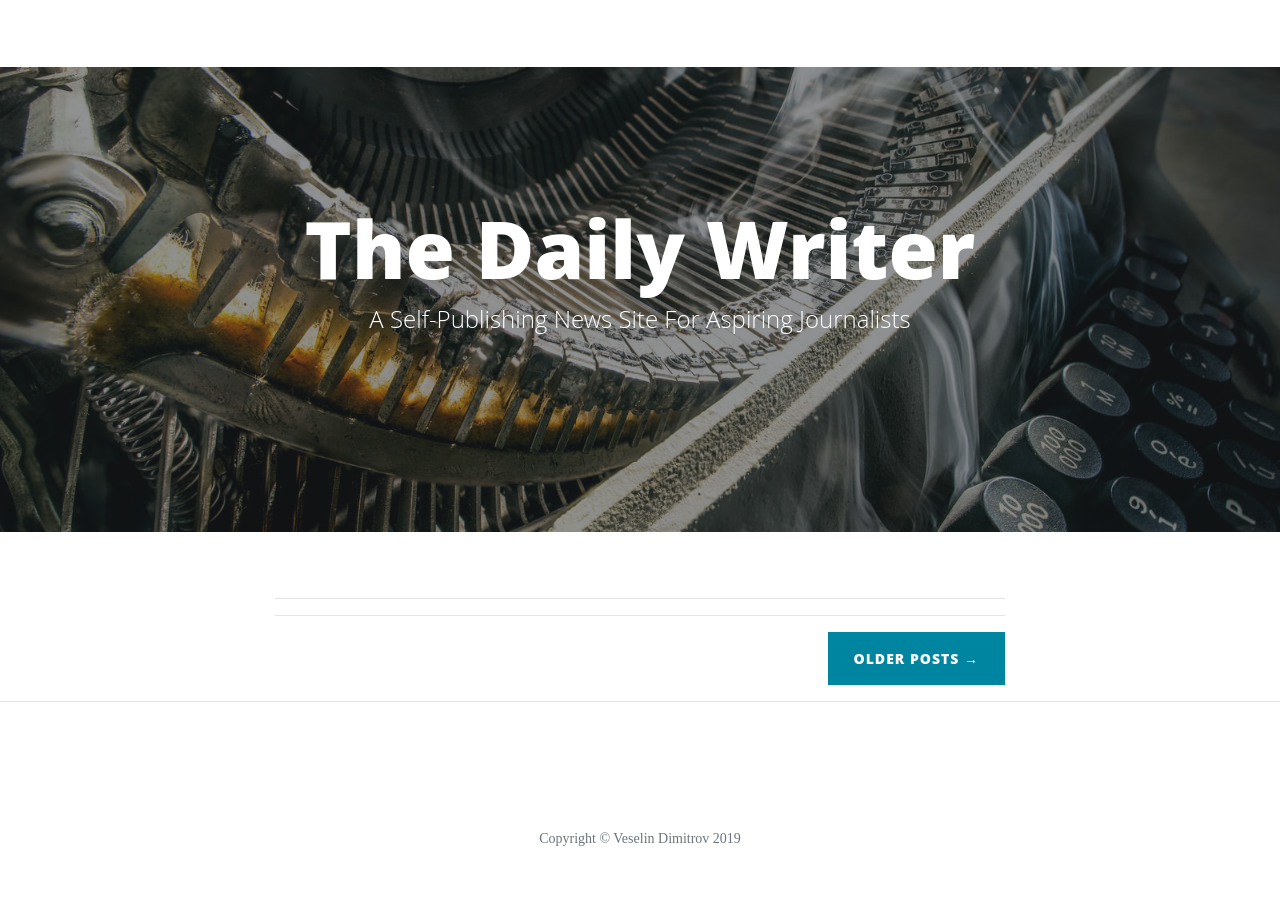
Repository: Vesss/Blog-Project
Page: http://localhost/
The author's editor kept a record of every edit. The page is drawn from the files as they stood at one moment, then again after the next edit.
The browser window is 1280 px wide. The pictures show the whole page.
The page is served by the project's application, run on Flask 3 (app.py).

Above is the page before.

After the next edit:
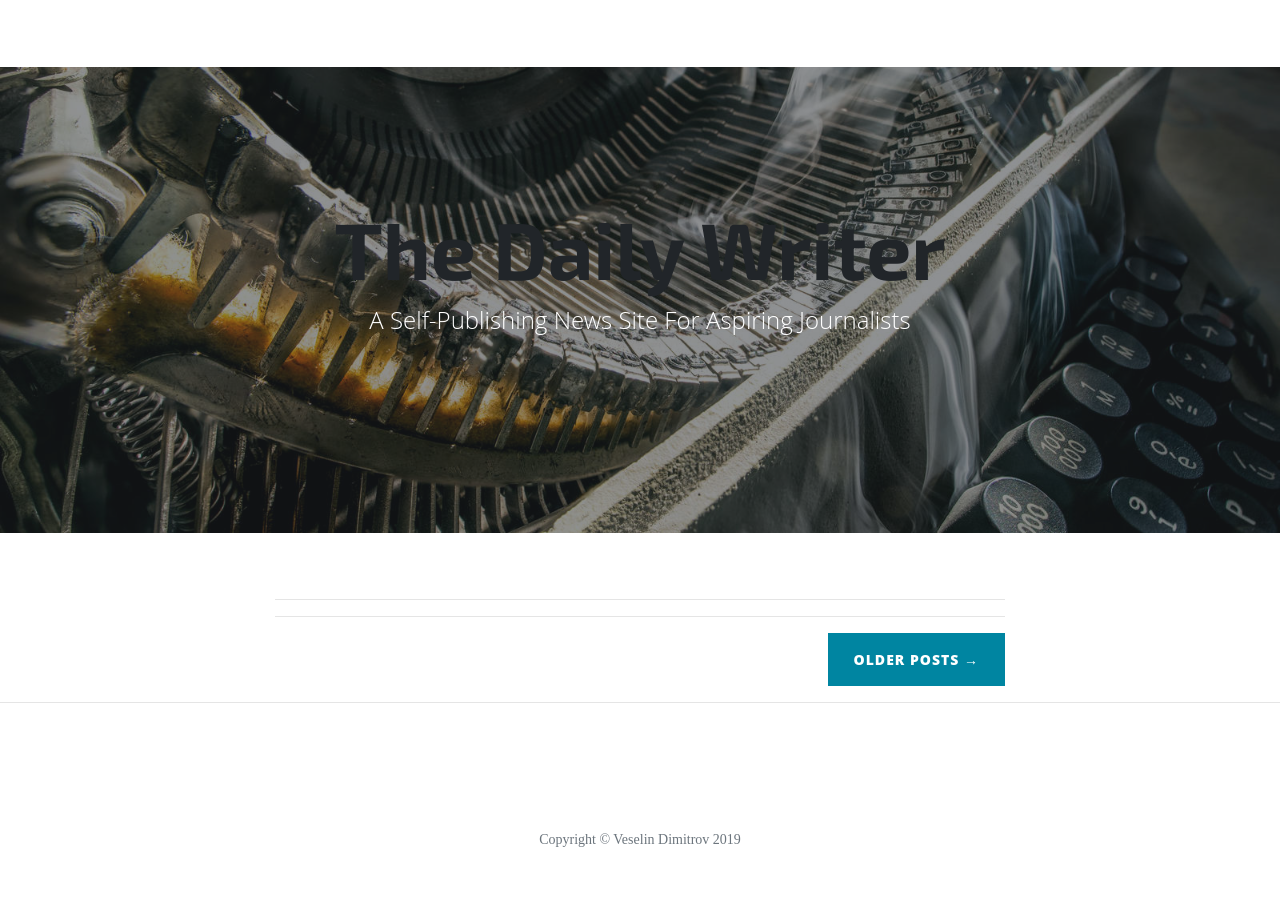
The edit:
--- a/templates/base.html
+++ b/templates/base.html
@@ -49,7 +49,7 @@
       <div class="row">
         <div class="col-lg-8 col-md-10 mx-auto">
           <div class="site-heading">
-            <h1>The Daily Writer</h1>
+            <h1><a href="{{ url_for('index') }}">The Daily Writer</a></h1>
             <span class="subheading">A Self-Publishing News Site For Aspiring Journalists</span>
           </div>
         </div>
